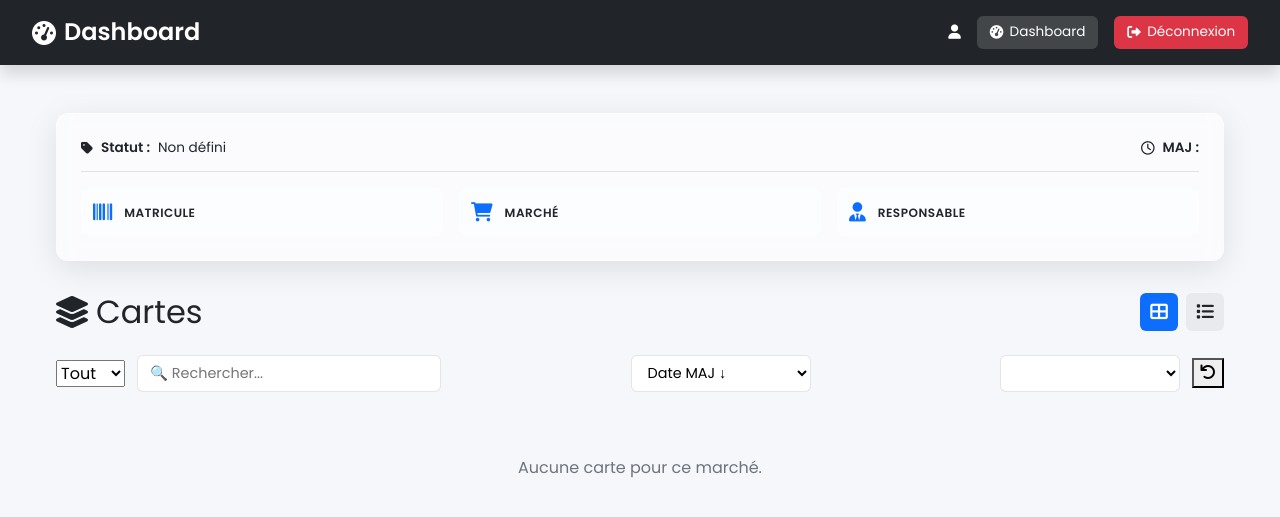
Repository: Andriatiana669/Retour_XP
Page: marches/templates/marches/description.html
An editor plug-in stored every save of this project. The page is shown before and after the next save, followed by the edit.
The browser window is 1280 px wide. The pictures show the whole page.
The page is served by the project's application, run on Django 5.2 (manage.py). Other server files are loaded and not shown. The template is opened directly, without the code that normally fills it, so the values that code supplies are empty.

Above is the page before, as saved 2026-01-08 14:53:52.

### marches/templates/marches/description.html
{% extends 'dashboard/base.html' %}
{% load static %}
{% block title %}{{ marche_detaille.titre }}{% endblock %}

{% block extra_css %}
<link rel="stylesheet" href="{% static 'marches/css/description.css' %}">
<link rel="stylesheet" href="https://cdnjs.cloudflare.com/ajax/libs/font-awesome/6.0.0/css/all.min.css">
{% endblock %}

{% block content %}
<main class="container">
    <section class="info-grid">
        <div class="info-card">
            <div class="info-header">
                <span class="etat-item"><i class="fas fa-tag"></i><strong>Statut :</strong> {{ marche_detaille.etat_affaire.nom|default:'Non défini' }}</span>
                <span class="maj-item"><i class="far fa-clock"></i><strong>MAJ :</strong> {{ marche_detaille.date_maj|date:"d/m/Y H:i" }}</span>
            </div>
            <div class="info-items-container">
                <div class="info-item"><i class="fas fa-barcode"></i><span><strong>Matricule</strong><br>{{ marche_detaille.matricule }}</span></div>
                <div class="info-item"><i class="fas fa-shopping-cart"></i><span><strong>Marché</strong><br>{{ marche_detaille.nom_marche }}</span></div>
                <div class="info-item"><i class="fas fa-user-tie"></i><span><strong>Responsable</strong><br>{{ marche_detaille.resp_marche }}</span></div>
            </div>
        </div>
        {% if marche_detaille.description %}
        <div class="description-box">
            <h3><i class="fas fa-info-circle"></i> Description</h3>
            <p>{{ marche_detaille.description|linebreaks }}</p>
        </div>
    {% endif %}
    </section>

  <!-- ========== CARTES ========== -->
    <section class="cartes-section">
        <div class="cartes-header">
            <h2><i class="fas fa-layer-group"></i> Cartes</h2>
            <div class="view-toggle">
                <button id="btnGrand" class="vue-btn active" title="Grandes cartes"><i class="fas fa-th-large"></i></button>
                <button id="btnPetit" class="vue-btn" title="Petites cartes"><i class="fas fa-list"></i></button>
            </div>
            {% if request.user.profile.est_responsable %}
            <a href="{% url 'marches:ajouter_carte' marche_detaille.id %}" class="btn-add"><i class="fas fa-plus-circle"></i> Ajouter une carte</a>
            {% endif %}
        </div>

    <!-- Barre outils : tri + filtre -->
    <div class="cartes-tools">
      <div class="tools-left">
        <select id="searchField" class="form-field">
          <option value="all">Tout</option>
          <option value="titre">Titre</option>
          <option value="objet">Objet</option>
          <option value="client">Client</option>
        </select>
        <input type="text" id="searchCarte" placeholder="🔍 Rechercher..." class="form-search">
      </div>
      <div class="tools-right">
        <select id="sortSelect" class="form-sort">
          <option value="date-desc">Date MAJ ↓</option>
          <option value="date-asc">Date MAJ ↑</option>
          <option value="titre-az">Titre A-Z</option>
          <option value="titre-za">Titre Z-A</option>
        </select>
      </div>
      <div class="tools-right">
    <select id="sortSelect" class="form-sort"> ... </select>
    <button id="resetFilters" class="btn-reset" title="Réinitialiser les filtres">
        <i class="fas fa-undo"></i>
    </button>
    </div>
    </div>

    <!-- Conteneur DES CARTES -->
    <div id="cartesContainer" class="cartes-container">
      {% for carte in cartes %}
        <div class="carte" data-id="{{ carte.id }}"
            data-titre="{{ carte.titre|lower }}"
            data-objet="{{ carte.objet|default:''|lower }}"
            data-client="{{ carte.nom_client|default:''|lower }}"
            data-date="{{ carte.date_maj|date:'Y-m-d H:i:s' }}">

        <!-- actions visibles dans les 2 modes -->
        <div class="carte-actions mode-independent">
          <a href="{% url 'marches:voir_carte' carte.id %}" class="btn-act" title="Voir"><i class="fas fa-eye"></i></a>
          {% if request.user.profile.est_responsable %}
          <a href="{% url 'marches:modifier_carte' carte.id %}" class="btn-act mod" title="Modifier"><i class="fas fa-edit"></i></a>
          <a href="{% url 'marches:supprimer_carte' carte.id %}" class="btn-act del" title="Supprimer" onclick="return confirm('Supprimer cette carte ?');"><i class="fas fa-trash"></i></a>
          {% endif %}
        </div>

        <!-- Conteneur unique -->
        <div class="carte-inner">
          <!-- Vue compacte (ligne) -->
          <div class="carte-compact">
            <span class="cc-titre"><i class="far fa-folder"></i> {{ carte.titre }}</span>
            <span class="cc-objet"><i class="fas fa-paperclip"></i> {{ carte.objet|default:"-" }}</span>
            <span class="cc-client"><i class="fas fa-user-alt"></i> {{ carte.nom_client|default:"-" }}</span>
            <span class="cc-date"><i class="far fa-calendar"></i> <strong>Date retour :</strong> {{ carte.date_retour|date:"d/m/Y" }}</span>
            <span class="cc-maj"><i class="far fa-clock"></i> <strong>Date MAJ :</strong> {{ carte.date_maj|date:"d/m/Y H:i" }}</span>
          </div>

          <!-- Vue normale (carte complète) -->
          <div class="carte-normal">
            <div class="carte-header"><h4>{{ carte.titre }}</h4><button class="btn-copy" data-contenu="{{ carte.contenu|striptags|escape }}" title="Copier"><i class="far fa-copy"></i></button></div>
            <div class="carte-body">
              {% if carte.objet %}<p class="objet"><strong>Objet :</strong> {{ carte.objet }}</p>{% endif %}
              {% if carte.nom_client %}<p class="client"><strong>Client :</strong> {{ carte.nom_client }}</p>{% endif %}
              <div class="contenu">{{ carte.contenu|linebreaks }}</div>
            </div>
            {% if carte.image %}<div class="carte-image"><img src="{{ carte.image.url }}" alt="{{ carte.titre }}" loading="lazy"></div>{% endif %}
            <div class="carte-footer"><span class="date-retour"><i class="far fa-calendar"></i> Retour : {{ carte.date_retour|date:"d/m/Y" }}</span><span class="date-maj">MAJ : {{ carte.date_maj|date:"d/m/Y H:i" }}</span></div>
          </div>
        </div>
      </div>
      {% empty %}
      <p class="empty-cartes">Aucune carte pour ce marché.</p>
      {% endfor %}
    </div>
  </section>
</main>

<!-- Script mis ici pour être sûr que le DOM des cartes existe -->
<script src="{% static 'marches/js/description.js' %}"></script>
{% endblock %}

### dashboard/templates/dashboard/base.html
{% load static %}
<!DOCTYPE html>
<html lang="fr">
<head>
    <meta charset="UTF-8">
    <meta name="viewport" content="width=device-width, initial-scale=1.0">
    <title>{% block title %}Dashboard - Retour XP{% endblock %}</title>

    <!-- Polices et icônes -->
    <link rel="stylesheet" href="https://cdnjs.cloudflare.com/ajax/libs/font-awesome/6.4.0/css/all.min.css">
    <link href="https://fonts.googleapis.com/css2?family=Poppins:wght@300;400;600&display=swap" rel="stylesheet">

    <!-- Bootstrap + CSS global -->
    <link href="https://cdn.jsdelivr.net/npm/bootstrap@5.3.2/dist/css/bootstrap.min.css" rel="stylesheet">
    <link rel="stylesheet" href="{% static 'dashboard/css/dashboard.css' %}">

    {% block extra_css %}{% endblock %}
</head>
<body>
    <!-- HEADER COMMUN -->
    <header>
        <h1><i class="fas fa-tachometer-alt"></i> Dashboard</h1>

        <div class="header-actions">
            <!-- Nom utilisateur -->
            <span class="user-name"><i class="fas fa-user"></i> {{ request.user.username }}</span>

            <!-- Fil d'Ariane (hors page d'accueil) -->
            {% if request.resolver_match.url_name != 'dashboard' %}
            <nav class="breadcrumb-bar">
                <a href="{% url 'dashboard:dashboard' %}" class="btn-nav">
                    <i class="fas fa-tachometer-alt"></i> Dashboard
                </a>
                {% if request.resolver_match.url_name == 'description' %}
                <a href="{% url 'dashboard:liste_marche' object.marche_global.id %}" class="btn-nav">
                    <i class="fas fa-arrow-left"></i> Retour à la liste
                </a>
                {% endif %}
            </nav>
            {% endif %}

            <!-- Déconnexion (rouge) -->
            <a href="{% url 'authentification:logout' %}" class="btn-logout">
                <i class="fas fa-sign-out-alt"></i> Déconnexion
            </a>
        </div>
    </header>

    <!-- CONTENU DES PAGES FILLES -->
    <main>
        {% block content %}{% endblock %}
    </main>

    <!-- JS COMMUN -->
    <script src="https://cdn.jsdelivr.net/npm/bootstrap@5.3.2/dist/js/bootstrap.bundle.min.js"></script>
    {% block extra_js %}{% endblock %}
</body>
</html>

### Retour_XP/urls.py
"""
URL configuration for Retour_XP project.

The `urlpatterns` list routes URLs to views. For more information please see:
    https://docs.djangoproject.com/en/5.2/topics/http/urls/
Examples:
Function views
    1. Add an import:  from my_app import views
    2. Add a URL to urlpatterns:  path('', views.home, name='home')
Class-based views
    1. Add an import:  from other_app.views import Home
    2. Add a URL to urlpatterns:  path('', Home.as_view(), name='home')
Including another URLconf
    1. Import the include() function: from django.urls import include, path
    2. Add a URL to urlpatterns:  path('blog/', include('blog.urls'))
"""
# Retour_XP/urls.py
from django.contrib import admin
from django.urls import path, include
from django.conf import settings
from django.conf.urls.static import static

urlpatterns = [
    path('admin/', admin.site.urls),
    path('', include('authentification.urls')),
    path('dashboard/', include('dashboard.urls')),
    path('marches/', include('marches.urls')),
]

if settings.DEBUG:
    urlpatterns += static(settings.MEDIA_URL, document_root=settings.MEDIA_ROOT)
    urlpatterns += static(settings.STATIC_URL, document_root=settings.STATIC_ROOT)

### authentification/urls.py
# authentification/urls.py
from django.urls import path
from . import views

app_name = 'authentification'

urlpatterns = [
    path('', views.login_view, name='login'),
    path('logout/', views.custom_logout, name='logout'),   # ← nouvelle ligne
]

### dashboard/urls.py
# dashboard/urls.py
from django.urls import path
from . import views

app_name = 'dashboard'

urlpatterns = [
    path('', views.dashboard_view, name='dashboard'),
    path('marche/<int:marche_global_id>/', views.liste_marche_view, name='liste_marche'),
    path('marche/<int:marche_global_id>/ajouter/', views.ajouter_marche_view, name='ajouter_marche'),
    path('marche/change-etat/<int:pk>/', views.change_etat_view, name='change_etat'),
    path('marche/modifier/<int:pk>/', views.modifier_marche_view, name='modifier_marche'),
    path('marche/supprimer/<int:pk>/', views.supprimer_marche_view, name='supprimer_marche'),
]

### marches/urls.py
# marches/urls.py
from django.urls import path
from . import views

app_name = 'marches'

urlpatterns = [
    path('description/<int:marche_detaille_id>/', views.description_view, name='description'),

    # Cartes
    path('carte/ajouter/<int:marche_detaille_id>/', views.ajouter_carte_view,   name='ajouter_carte'),
    path('carte/voir/<int:carte_id>/',                views.voir_carte_view,      name='voir_carte'),
    path('carte/modifier/<int:carte_id>/',            views.modifier_carte_view,  name='modifier_carte'),
    path('carte/supprimer/<int:carte_id>/',           views.supprimer_carte_view, name='supprimer_carte'),
]

### dashboard/static/dashboard/css/dashboard.css
/* ---------- VARIABLES ---------- */
:root {
    --primary-color: #0d6efd;
    --secondary-color: #6c757d;
    --success-color: #28a745;
    --danger-color: #dc3545;
    --light-color: #f8f9fa;
    --dark-color: #212529;
    --shadow-sm: 0 .125rem .25rem rgba(0,0,0,.075);
    --shadow-md: 0 .5rem 1rem rgba(0,0,0,.15);
    --shadow-lg: 0 1rem 3rem rgba(0,0,0,.175);
    --transition: all .3s ease;
}

/* ---------- BASE ---------- */
body {
    font-family: 'Poppins', 'Segoe UI', Roboto, Arial, sans-serif;
    background: var(--light-color);
    margin: 0;
    padding: 0;
    color: #333;
}

/* ---------- HEADER ---------- */
header {
    background: var(--dark-color);
    color: #fff;
    padding: 1rem 2rem;
    display: flex;
    justify-content: space-between;
    align-items: center;
    box-shadow: var(--shadow-md);
    position: sticky;
    top: 0;
    z-index: 100;
}
header h1 {
    margin: 0;
    font-size: 1.5rem;
    font-weight: 600;
    display: flex;
    align-items: center;
    gap: .5rem;
}

.header-actions {
    display: flex;
    align-items: center;
    gap: 1rem;
}
.user-name {
    font-size: .9rem;
    color: #fff;
    white-space: nowrap;
}

.breadcrumb-bar {
    display: flex;
    gap: .5rem;
}
.btn-nav {
    background: rgba(255,255,255,.15);
    color: #fff;
    padding: .4rem .8rem;
    border-radius: .375rem;
    text-decoration: none;
    font-size: .85rem;
    display: inline-flex;
    align-items: center;
    gap: .4rem;
    transition: background .2s;
}
.btn-nav:hover { background: rgba(255,255,255,.25); }

.btn-logout {
    background: var(--danger-color);
    color: #fff;
    padding: .4rem .8rem;
    border-radius: .375rem;
    text-decoration: none;
    font-size: .85rem;
    display: inline-flex;
    align-items: center;
    gap: .4rem;
    transition: background .2s;
}
.btn-logout:hover { background: #c82333; }

/* ---------- MAIN ---------- */
main {
    padding: 2rem;
    max-width: 1400px;
    margin: 0 auto;
}
main h2 {
    color: var(--dark-color);
    margin-bottom: 1.5rem;
    display: flex;
    align-items: center;
    gap: .5rem;
}

/* ---------- DASHBOARD CONTROLS ---------- */
.dashboard-controls {
    display: flex;
    justify-content: space-between;
    margin-bottom: 1.5rem;
    gap: 1rem;
    flex-wrap: wrap;
}
.search-bar {
    flex: 1;
    min-width: 200px;
}
.search-bar input {
    width: 100%;
    padding: .75rem 1rem;
    border: 1px solid #dee2e6;
    border-radius: .5rem;
    font-size: 1rem;
    transition: var(--transition);
}
.search-bar input:focus {
    border-color: var(--primary-color);
    outline: none;
    box-shadow: 0 0 0 .25rem rgba(13, 110, 253, .25);
}
.filter-options select {
    padding: .75rem 1rem;
    border: 1px solid #dee2e6;
    border-radius: .5rem;
    background: #fff;
    cursor: pointer;
    min-width: 180px;
}

/* ---------- GRILLE ---------- */
.marches-grid {
    display: grid;
    grid-template-columns: repeat(auto-fill, minmax(280px, 1fr));
    gap: 1.5rem;
    margin-top: 1.5rem;
}

/* ---------- CARTE ---------- */
.marche-card {
    background: #fff;
    padding: 1.5rem;
    border-radius: .5rem;
    box-shadow: var(--shadow-sm);
    border: 1px solid #e9ecef;
    display: flex;
    flex-direction: column;
    position: relative;
    overflow: hidden;
    transition: var(--transition);
}
.marche-card::before {
    content: "📊";
    position: absolute;
    top: 1rem;
    right: 1rem;
    font-size: 1.5rem;
    opacity: .1;
    color: var(--primary-color);
}
.marche-card:hover {
    transform: translateY(-5px) scale(1.01);
    box-shadow: var(--shadow-lg);
    border-color: var(--primary-color);
}
.marche-card h3 {
    margin: 0 0 .5rem 0;
    color: var(--primary-color);
    font-weight: 600;
}
.marche-card p {
    color: var(--secondary-color);
    margin: .5rem 0 1rem 0;
    flex-grow: 1;
}
.marche-stats { margin: .5rem 0; }
.projet-count {
    background: var(--success-color);
    color: #fff;
    padding: .25rem .75rem;
    border-radius: 1rem;
    font-size: .875rem;
    font-weight: 600;
    display: inline-flex;
    align-items: center;
    gap: .5rem;
}
.projet-count::before { content: "📦"; }

/* ---------- BOUTON ---------- */
.btn-voir {
    display: inline-flex;
    align-items: center;
    gap: .5rem;
    margin-top: auto;
    padding: .5rem 1rem;
    background: var(--primary-color);
    color: #fff;
    text-decoration: none;
    border-radius: .375rem;
    font-weight: 500;
    transition: var(--transition);
    align-self: flex-start;
}
.btn-voir:hover {
    background: #0b5ed7;
    transform: translateY(-1px);
}

/* ---------- ANIMATION ---------- */
@keyframes fadeIn {
    from { opacity: 0; transform: translateY(10px); }
    to { opacity: 1; transform: translateY(0); }
}
.marche-card { animation: fadeIn .3s ease forwards; }

/* ---------- RESPONSIVE ---------- */
@media (max-width: 768px) {
    .dashboard-controls { flex-direction: column; }
    .marches-grid { grid-template-columns: 1fr; }
}

### marches/static/marches/css/description.css
/* ---------- VARIABLES ---------- */
:root {
  --primary: #0d6efd;
  --glass: rgba(255, 255, 255, 0.55);
  --shadow: 0 8px 32px rgba(0, 0, 0, 0.1);
  --radius: 12px;
  --txt: #212529;
  --bg: #f5f7fb;
}
body {
  background: var(--bg);
  font-family: 'Poppins', sans-serif;
  color: var(--txt);
  margin: 0;
}
.container {
  max-width: 1200px;
  margin: 0 auto;
  padding: 1rem;
}

/* ---------- INFO ---------- */
.info-grid {
  margin-bottom: 2rem;
}
.info-card {
  background: var(--glass);
  backdrop-filter: blur(10px);
  border: 1px solid rgba(255, 255, 255, 0.3);
  border-radius: var(--radius);
  box-shadow: var(--shadow);
  padding: 1.5rem;
  display: flex;
  flex-direction: column;
  gap: 1rem;
}
.info-header {
  display: flex;
  justify-content: space-between;
  padding-bottom: 0.75rem;
  border-bottom: 1px solid rgba(0, 0, 0, 0.1);
}
.etat-item, .maj-item {
  display: flex;
  align-items: center;
  gap: 0.5rem;
  font-size: 0.85rem;
}
.info-items-container {
  display: flex;
  flex-wrap: wrap;
  gap: 1rem;
}
.info-item {
  flex: 1;
  min-width: 200px;
  display: flex;
  align-items: center;
  gap: 0.75rem;
  padding: 0.75rem;
  background: rgba(255, 255, 255, 0.3);
  border-radius: 8px;
  transition: transform 0.2s;
}
.info-item:hover {
  transform: translateY(-2px);
  box-shadow: 0 4px 8px rgba(0, 0, 0, 0.1);
}
.info-item i {
  font-size: 1.2rem;
  color: var(--primary);
}
.info-item strong {
  font-size: 0.75rem;
  text-transform: uppercase;
  letter-spacing: 0.5px;
}
.description-box {
  background: var(--glass);
  backdrop-filter: blur(10px);
  border: 1px solid rgba(255, 255, 255, 0.3);
  border-radius: var(--radius);
  box-shadow: var(--shadow);
  padding: 1.5rem;
  margin-top: 1rem;
}
.description-box h3 {
  margin: 0 0 1rem;
  display: flex;
  align-items: center;
  gap: 0.5rem;
}

/* ---------- CARTES ---------- */
.cartes-section {
  margin-top: 2rem;
}
.cartes-header {
  display: flex;
  justify-content: space-between;
  align-items: center;
  margin-bottom: 1.5rem;
  flex-wrap: wrap;
  gap: 1rem;
}
.cartes-header h2 {
  margin: 0;
  display: flex;
  align-items: center;
  gap: 0.5rem;
}
.btn-add {
  background: var(--primary);
  color: #fff;
  padding: 0.5rem 1rem;
  border-radius: 0.375rem;
  text-decoration: none;
  display: inline-flex;
  align-items: center;
  gap: 0.5rem;
  transition: background 0.2s;
}
.btn-add:hover {
  background: #0b5ed7;
}
/* ------ BOUTONS DE BASCULE ------ */
.view-toggle {
  display: flex;
  gap: 0.5rem;
}
.vue-btn {
  background: rgba(0, 0, 0, 0.05);
  border: none;
  width: 38px;
  height: 38px;
  border-radius: 6px;
  cursor: pointer;
  font-size: 1.1rem;
  color: var(--txt);
  transition: background 0.2s;
}
.vue-btn.active,
.vue-btn:hover {
  background: var(--primary);
  color: #fff;
}
/* ------ OUTILS : RECHERCHE + FILTRE + TRI ------ */
.cartes-tools {
  display: flex;
  justify-content: space-between;
  align-items: center;
  margin-bottom: 1rem;
  flex-wrap: wrap;
  gap: 1rem;
}
.tools-left, .tools-right {
  display: flex;
  gap: 0.75rem;
  align-items: center;
}
.form-search,
.form-date,
.form-sort {
  padding: 0.4rem 0.75rem;
  border: 1px solid rgba(0, 0, 0, 0.1);
  border-radius: 0.375rem;
  background: #fff;
  font-size: 0.9rem;
}
.form-search {
  min-width: 220px;
}
.form-date {
  width: 160px;
}
.form-sort {
  width: 180px;
}
/* ------ GRANDE CARTE : 4 par ligne + hauteur réduite ------ */
.cartes-container {
  display: grid;
  gap: 1.5rem;
  grid-template-columns: repeat(auto-fill, minmax(300px, 1fr));
}
@media (min-width: 1200px) {
  .cartes-container {
    grid-template-columns: repeat(4, 1fr);
  }
}
.carte {
  background: var(--glass);
  backdrop-filter: blur(10px);
  border: 1px solid rgba(255, 255, 255, 0.3);
  border-radius: var(--radius);
  box-shadow: var(--shadow);
  overflow: hidden;
  transition: transform 0.2s;
  display: flex;
  flex-direction: column;
}
.carte:hover {
  transform: translateY(-4px);
}
/* Hauteur réduite : scroll + image limitée */
.carte-normal .carte-body {
  max-height: 150px;
  overflow: auto;
}
.carte-normal .carte-image img {
  max-height: 140px;
  object-fit: cover;
}
/* Actions visibles dans les 2 modes */
.mode-independent {
  display: flex;
  justify-content: flex-end;
  padding: 0.4rem 0.75rem;
  gap: 0.4rem;
  background: rgba(0, 0, 0, 0.05);
}
.btn-act {
  background: none;
  border: none;
  color: var(--primary);
  cursor: pointer;
  padding: 0.25rem 0.5rem;
  border-radius: 0.25rem;
  transition: background 0.2s;
}
.btn-act:hover {
  background: rgba(13, 110, 253, 0.1);
}
.btn-act.del {
  color: #dc3545;
}
.btn-act.del:hover {
  background: rgba(220, 53, 69, 0.1);
}
.carte-header {
  display: flex;
  justify-content: space-between;
  align-items: center;
  padding: 0.6rem 1rem;
  border-bottom: 1px solid rgba(0, 0, 0, 0.05);
}
.carte-header h4 {
  margin: 0;
  font-size: 1rem;
}
.btn-copy {
  background: none;
  border: none;
  color: var(--primary);
  cursor: pointer;
  padding: 0.25rem;
  border-radius: 0.25rem;
  transition: background 0.2s;
}
.btn-copy:hover {
  background: rgba(13, 110, 253, 0.1);
}
.carte-body {
  padding: 0.6rem 1rem;
  flex: 1;
  overflow: auto;
}
.carte-body .objet,
.carte-body .client {
  margin: 0.25rem 0;
  font-size: 0.85rem;
}
.carte-body .contenu {
  margin-top: 0.5rem;
  line-height: 1.5;
}
.carte-image img {
  width: 100%;
  height: auto;
  max-height: 140px;
  object-fit: cover;
  border-top: 1px solid rgba(0, 0, 0, 0.05);
}
.carte-footer {
  padding: 0.5rem 1rem;
  font-size: 0.75rem;
  color: #6c757d;
  border-top: 1px solid rgba(0, 0, 0, 0.05);
  display: flex;
  justify-content: space-between;
}
.date-maj {
  font-size: 0.7rem;
}
.empty-cartes {
  text-align: center;
  padding: 3rem 0;
  color: #6c757d;
  grid-column: 1 / -1;
}
/* ------ MODE COMPACT (liste) ------ */
.cartes-container.compact {
  display: block;
}
.cartes-container.compact .carte-normal {
  display: none;
}
.cartes-container.compact .carte-compact {
  display: grid;
  grid-template-columns: 2fr 1.5fr 1fr 1fr 1fr auto;
  gap: 1rem;
  align-items: center;
  padding: 0.5rem 1rem;
  border-bottom: 1px solid rgba(0, 0, 0, 0.05);
}
.cartes-container.compact .carte {
  background: transparent;
  box-shadow: none;
  border-radius: 0;
  margin: 0;
}
.cartes-container.compact .cc-date,
.cartes-container.compact .cc-maj {
  font-size: 0.8rem;
  color: #6c757d;
}

.cartes-container .carte-inner .carte-compact { display: none; }
.cartes-container .carte-inner .carte-normal  { display: block; }

.cartes-container.compact .carte-inner .carte-compact { display: grid; }
.cartes-container.compact .carte-inner .carte-normal  { display: none; }


@media (max-width: 768px) {
  .info-items-container {
    flex-direction: column;
  }
  .cartes-header {
    flex-direction: column;
    align-items: flex-start;
  }
  .cartes-tools {
    flex-direction: column;
    align-items: stretch;
  }
  .cartes-container.compact .carte-compact {
    grid-template-columns: 1fr;
    gap: 0.5rem;
  }
}

Loaded but not shown: marches/static/marches/js/description.js (112 lines, source omitted)

After the next save:
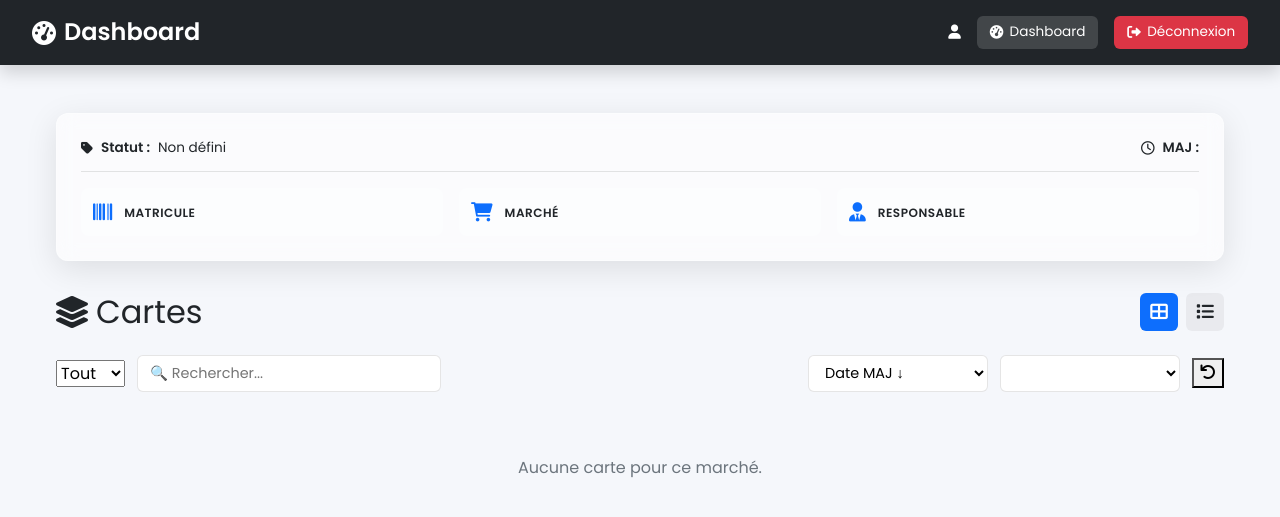
Saved 112 s later.
--- a/marches/templates/marches/description.html
+++ b/marches/templates/marches/description.html
@@ -42,31 +42,30 @@
             {% endif %}
         </div>
 
-    <!-- Barre outils : tri + filtre -->
-    <div class="cartes-tools">
-      <div class="tools-left">
-        <select id="searchField" class="form-field">
-          <option value="all">Tout</option>
-          <option value="titre">Titre</option>
-          <option value="objet">Objet</option>
-          <option value="client">Client</option>
-        </select>
-        <input type="text" id="searchCarte" placeholder="🔍 Rechercher..." class="form-search">
-      </div>
-      <div class="tools-right">
-        <select id="sortSelect" class="form-sort">
-          <option value="date-desc">Date MAJ ↓</option>
-          <option value="date-asc">Date MAJ ↑</option>
-          <option value="titre-az">Titre A-Z</option>
-          <option value="titre-za">Titre Z-A</option>
-        </select>
-      </div>
-      <div class="tools-right">
-    <select id="sortSelect" class="form-sort"> ... </select>
-    <button id="resetFilters" class="btn-reset" title="Réinitialiser les filtres">
-        <i class="fas fa-undo"></i>
-    </button>
-    </div>
+        <!-- Barre outils : tri + filtre -->
+        <div class="cartes-tools">
+            <div class="tools-left">
+                <select id="searchField" class="form-field">
+                    <option value="all">Tout</option>
+                    <option value="titre">Titre</option>
+                    <option value="objet">Objet</option>
+                    <option value="client">Client</option>
+                </select>
+                <input type="text" id="searchCarte" placeholder="🔍 Rechercher..." class="form-search">
+            </div>
+            <div class="tools-right">
+                <select id="sortSelect" class="form-sort">
+                    <option value="date-desc">Date MAJ ↓</option>
+                    <option value="date-asc">Date MAJ ↑</option>
+                    <option value="titre-az">Titre A-Z</option>
+                    <option value="titre-za">Titre Z-A</option>
+                </select>
+
+                <select id="sortSelect" class="form-sort"> ... </select>
+                    <button id="resetFilters" class="btn-reset" title="Réinitialiser les filtres">
+                        <i class="fas fa-undo"></i>
+                    </button>
+            </div>
     </div>
 
     <!-- Conteneur DES CARTES -->
